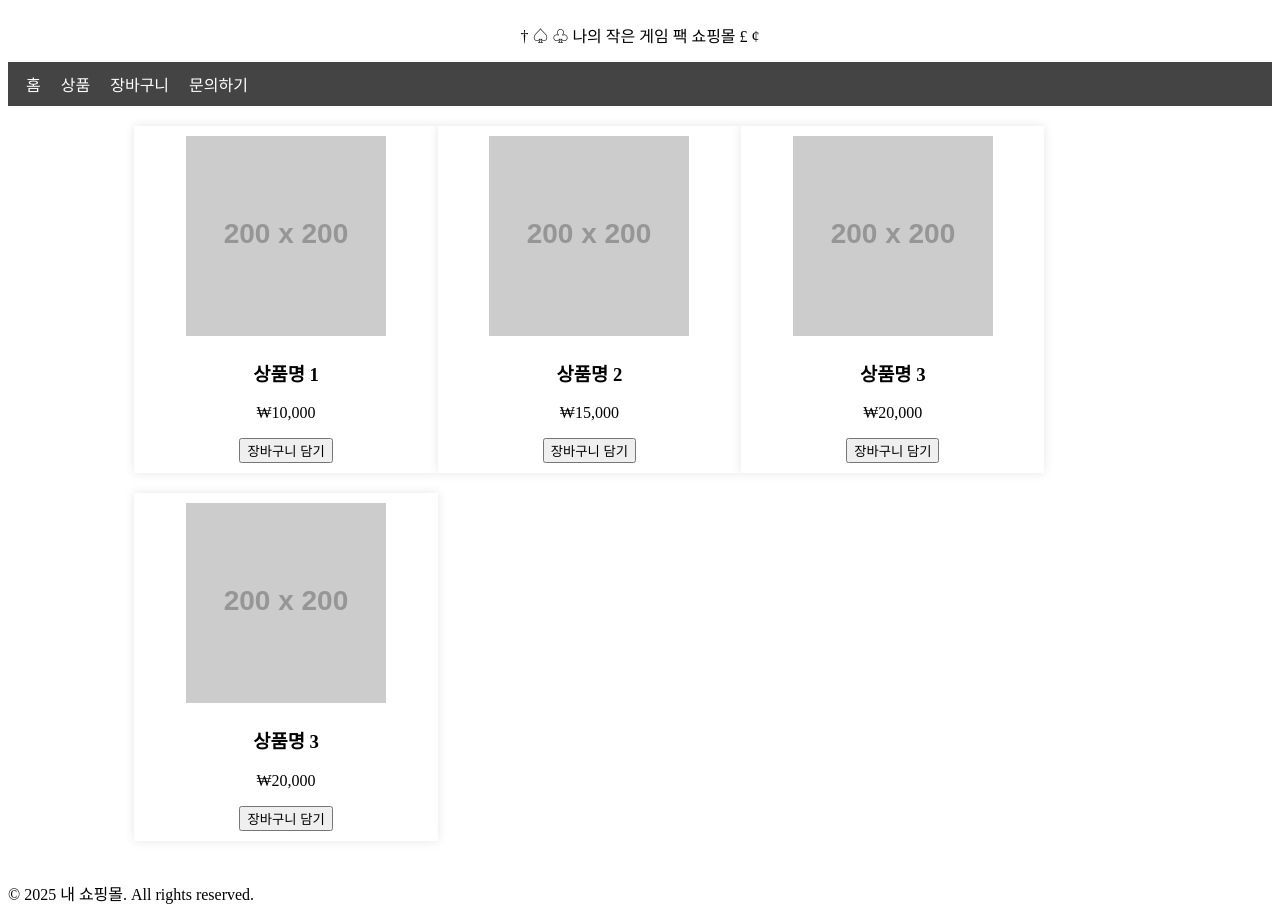
Repository: SeungYeon04/A_AssetsJSP
Page: http://localhost/JSP_Start01/
These files come from the project's save history. The page is drawn as it stood at one moment and after the next save; the edit follows.
The browser window is 1280 px wide. The pictures show the whole page.
Some web fonts or font styles are not loaded; a fallback is used. The page is served by Tomcat 9.

Above is the page before, as saved 2025-03-11 05:55:05.

After the next save:
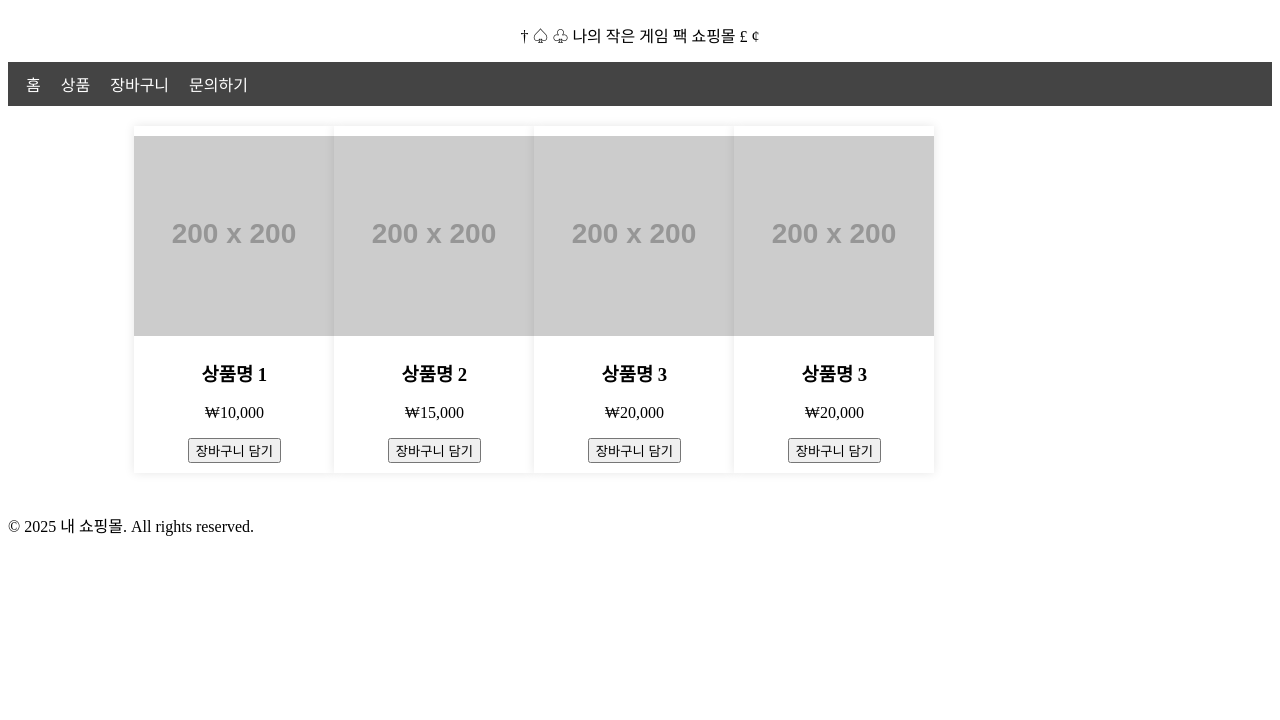
Saved 9 s later.
--- a/JSP_Start01/src/main/webapp/index.jsp
+++ b/JSP_Start01/src/main/webapp/index.jsp
@@ -93,7 +93,7 @@
 		}
 
 		.product {
-			width: 30%;
+
 			background: white;
 			padding-top: 10px;
 			padding-bottom: 10px;
